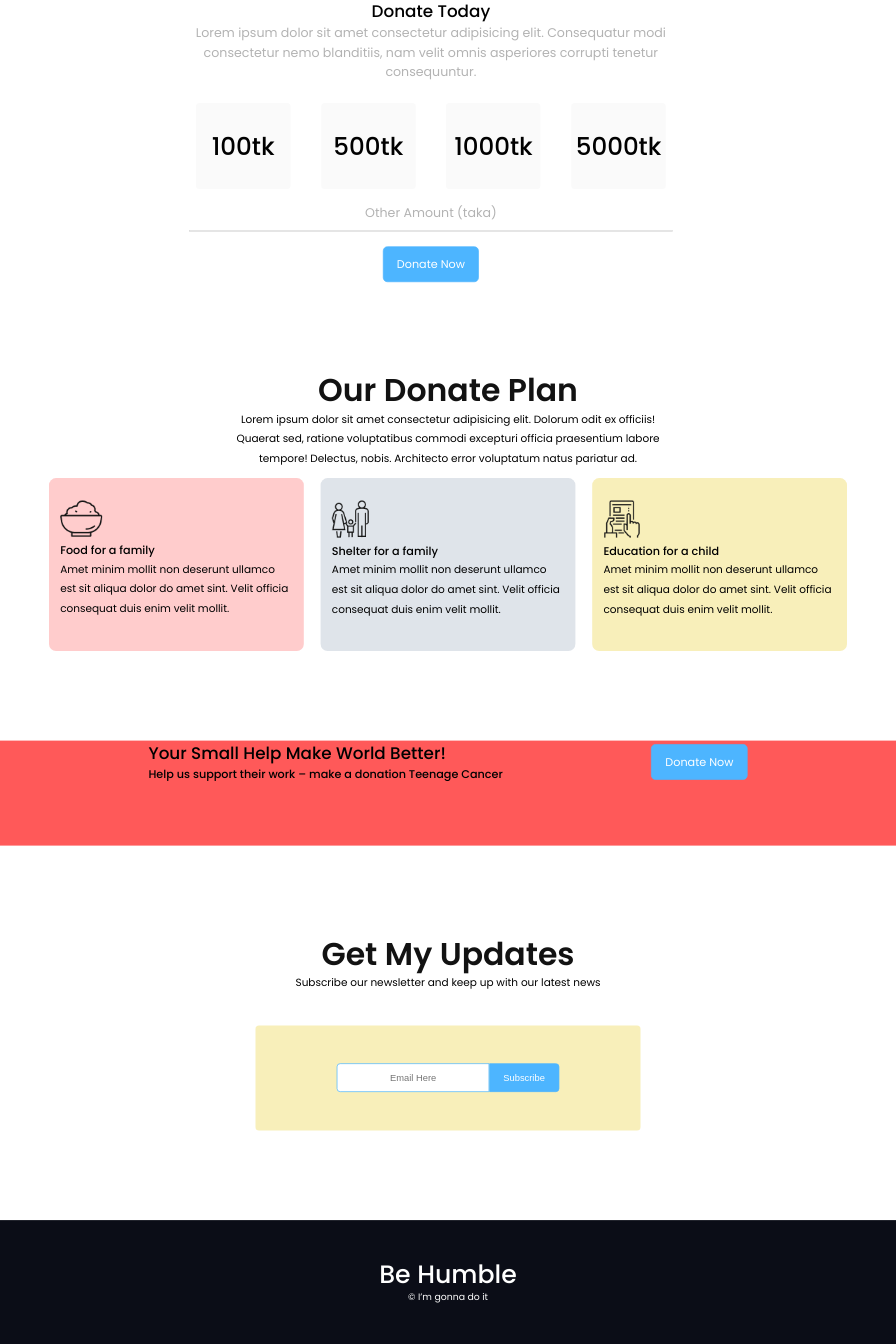
Repository: mdrubel02/donate-website
Page: index.html
These files come from the project's save history. The page is drawn as it stood at one moment and after the next save; the edit follows.
The browser window is 1280 px wide. The pictures show the part of the page from y = 850 to 2770 px (the page is 2770 px tall), at 70% of full size.

Above is the page before, as saved 2022-07-06 21:04:59.

After the next save:
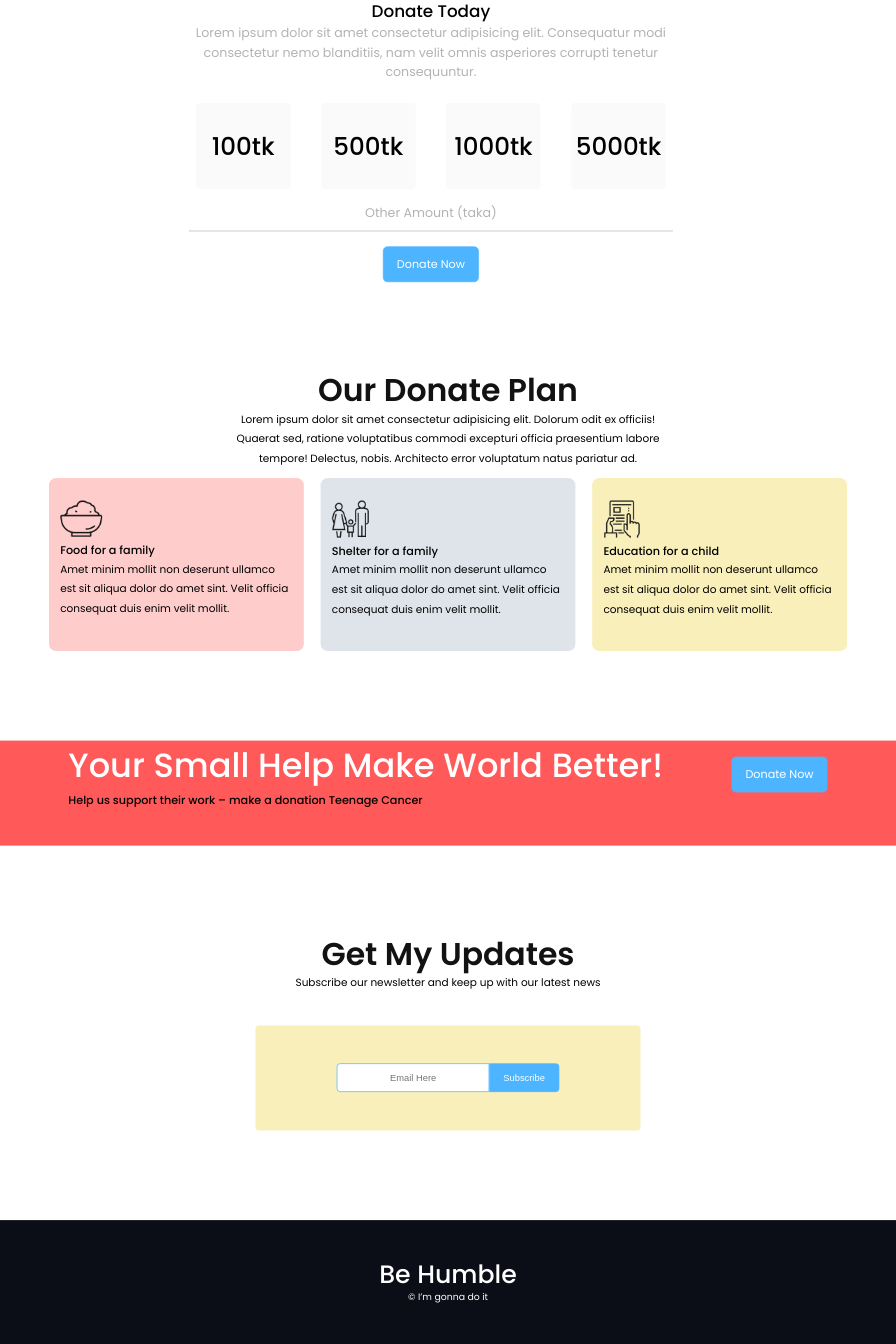
Saved 106 s later.
--- a/index.css
+++ b/index.css
@@ -106,6 +106,12 @@ hr {
     justify-content: space-evenly;
     align-items: center;
 }
+.help-banner-left{}
+.help-banner-left h1{
+    font-size: 3rem;
+    color: #fff;
+}
+.help-banner-left{}
 /* ========BANNER SECTION STYLE======== */
 
 .banner-section {
